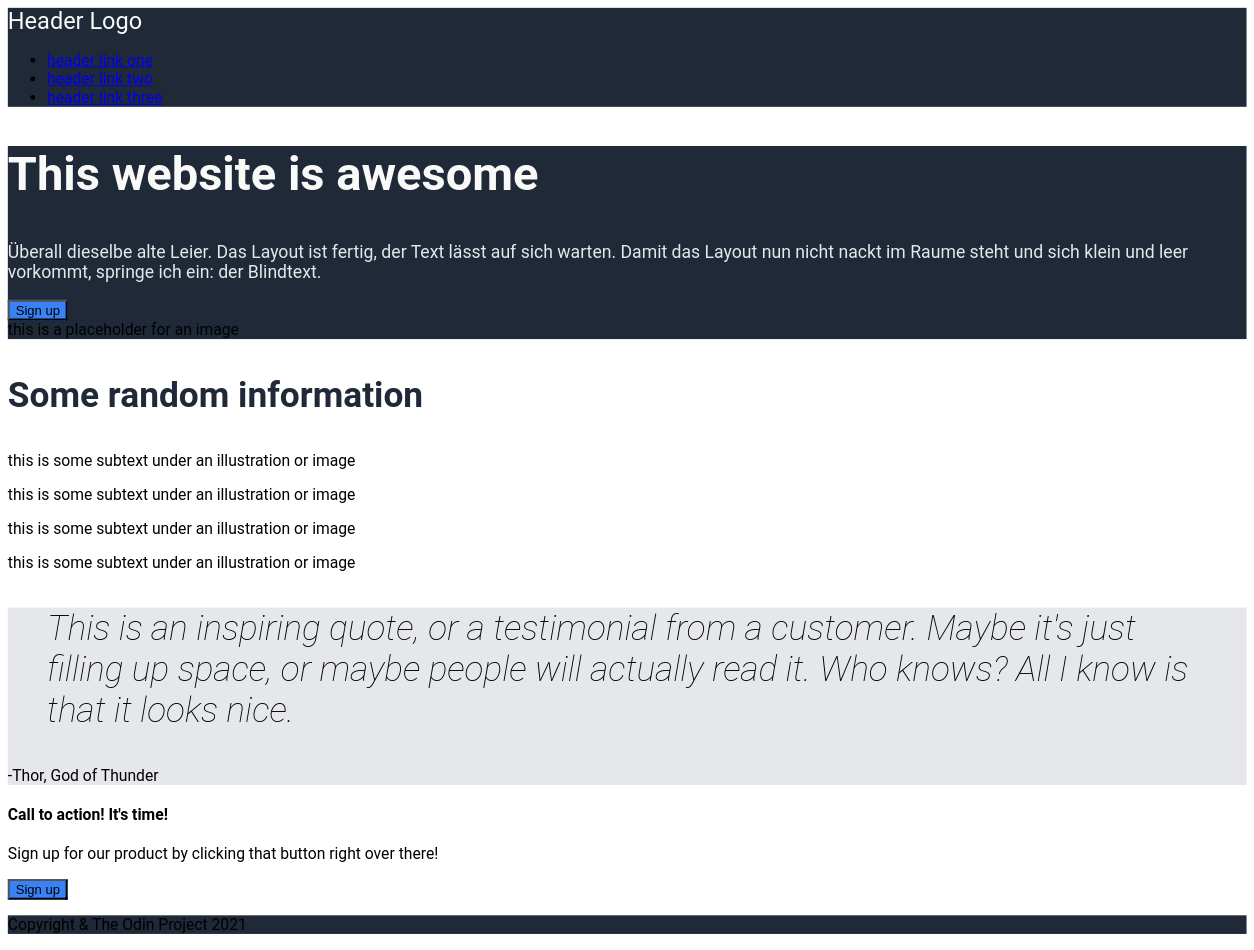
Repository: evemcd/odin_project
Page: odin-project2-landing-page/index.html
An editor plug-in stored every save of this project. The page is shown before and after the next save, followed by the edit.
The browser window is 1280 px wide. The pictures show the whole page, at 98% of full size.

Above is the page before, as saved 2022-02-08 09:13:31.

### odin-project2-landing-page/index.html
<!DOCTYPE html>
<html lang="en">
<head>
    <meta charset="UTF-8">
    <title>Odin Project 2 Landing Page</title>
    <link rel="stylesheet" href="style.css">
</head>
<body>
    <header>
        <span>Header Logo</span>
        <ul>
            <li><a href="#">header link one</a></li>
            <li><a href="#">header link two</a></li>
            <li><a href="#">header link three</a></li>
        </ul>
    </header>

    <div class="container1">
        <div>
            <h2>This website is awesome</h2>
            <p>Überall dieselbe alte Leier. Das Layout ist fertig, der Text lässt auf sich warten. Damit das Layout nun nicht nackt im Raume steht und sich klein und leer vorkommt, springe ich ein: der Blindtext.</p>
            <button>Sign up</button>
        </div>
        <div>
            <span>this is a placeholder for an image</span>
        </div>
    </div>

    <div class="container2">
        <h3>Some random information</h3>
        <div>
            <div>
                <div class="box"></div>
                <p>this is some subtext under an illustration or image</p>
            </div>
            <div>
                <div class="box"></div>
                <p>this is some subtext under an illustration or image</p>
            </div>
            <div>
                <div class="box"></div>
                <p>this is some subtext under an illustration or image</p>
            </div>
            <div>
                <div class="box"></div>
                <p>this is some subtext under an illustration or image</p>
            </div>
        </div>
    </div>

    <div class="container3">
        <blockquote>This is an inspiring quote, or a testimonial from a customer. Maybe it's just filling up space, or maybe people will actually read it. Who knows? All I know is that it looks nice.</blockquote>
        <span>-Thor, God of Thunder</span>
    </div>

    <div class="container4">
        <div>
            <div>
            <h4>Call to action! It's time!</h4>
            <p>Sign up for our product by clicking that button right over there!</p>
        </div>
        <button>Sign up</button>
        </div>
    </div>

    <footer>
        <p>Copyright &amp; The Odin Project 2021</p>
    </footer>
</body>
</html>

### odin-project2-landing-page/style.css
body {
    font-family: roboto, sans-serif;
}

header,
.container1,
footer {
    background-color: #1F2937;
}

.container2,
.container4 {
    background-color: white;
}

.container3 {
    background-color: #E5E7EB;
}

header>span {
    font-size: 24px;
    color: #F9FAF8;
}

.container1 h2 {
    font-size: 48px;
    font-weight: extra-bold;
    color: #F9FAF8;
}

.container1 p {
    font-size: 18px;
    color: #E5E7EB;
}

button {
    background-color: #3882F6;
}

.container2 h3 {
    font-size: 36px;
    font-weight: extra-bold;
    color: #1F2937;
}

blockquote {
    font-size: 36px;
    font-weight: lighter;
    font-style: italic;
}

After the next save:
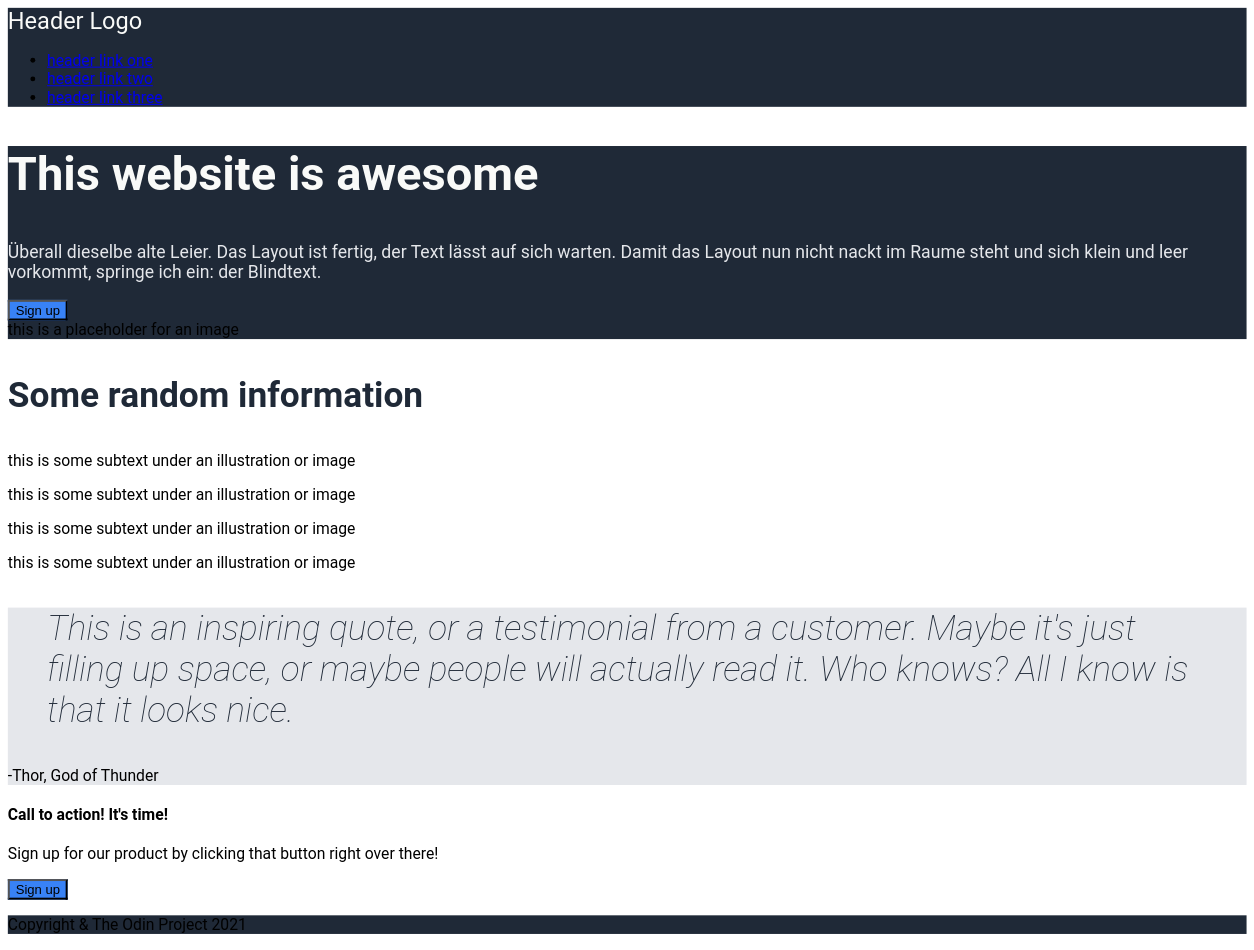
Saved 29 s later.
--- a/odin-project2-landing-page/style.css
+++ b/odin-project2-landing-page/style.css
@@ -47,4 +47,5 @@ blockquote {
     font-size: 36px;
     font-weight: lighter;
     font-style: italic;
+    color: #1F2937;
 }
